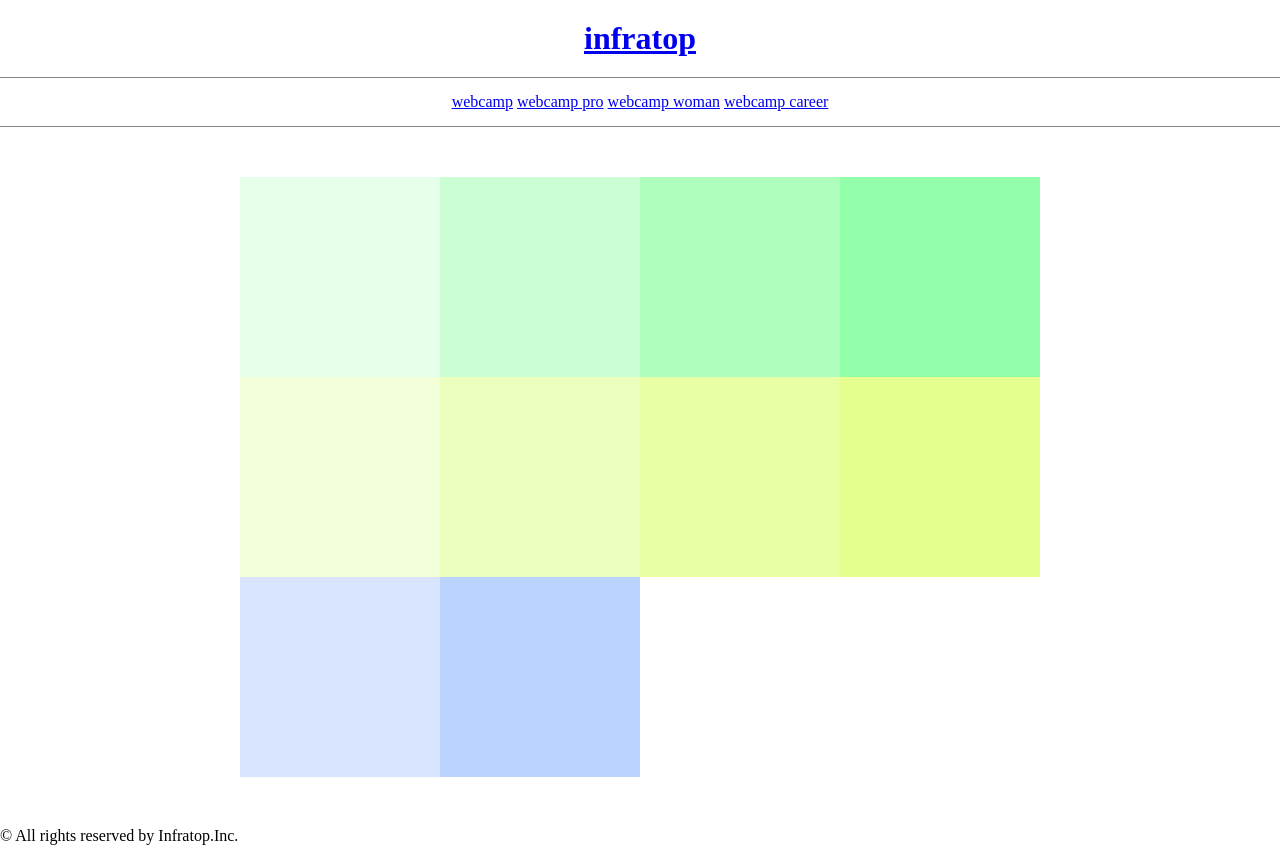
Repository: katayama-Web/html-practice
Page: chapter5_exsersize/chapter5_exesersize.html
The author's editor kept a record of every edit. The page is drawn from the files as they stood at one moment, then again after the next edit.
The browser window is 1280 px wide. The pictures show the whole page.

Above is the page before.

After the next edit:
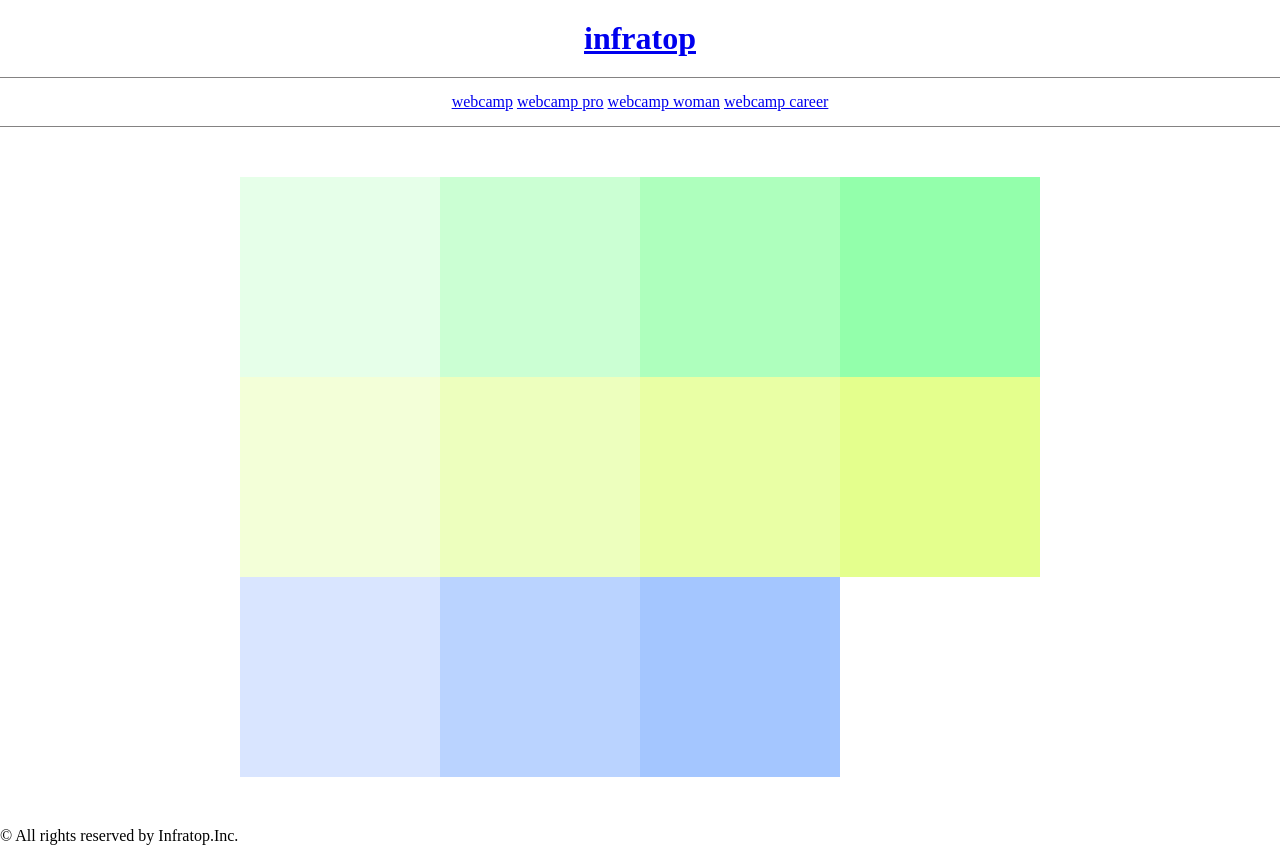
The edit:
--- a/chapter5_exsersize/chapter5_exsersize.css
+++ b/chapter5_exsersize/chapter5_exsersize.css
@@ -94,5 +94,11 @@
 .box11 {
   width: 200px;
   height: 200px;
+  background-color: #a4c6ff;
+}
+
+.box12 {
+  width: 200px;
+  height: 200px;
   background-color: #;
 }
